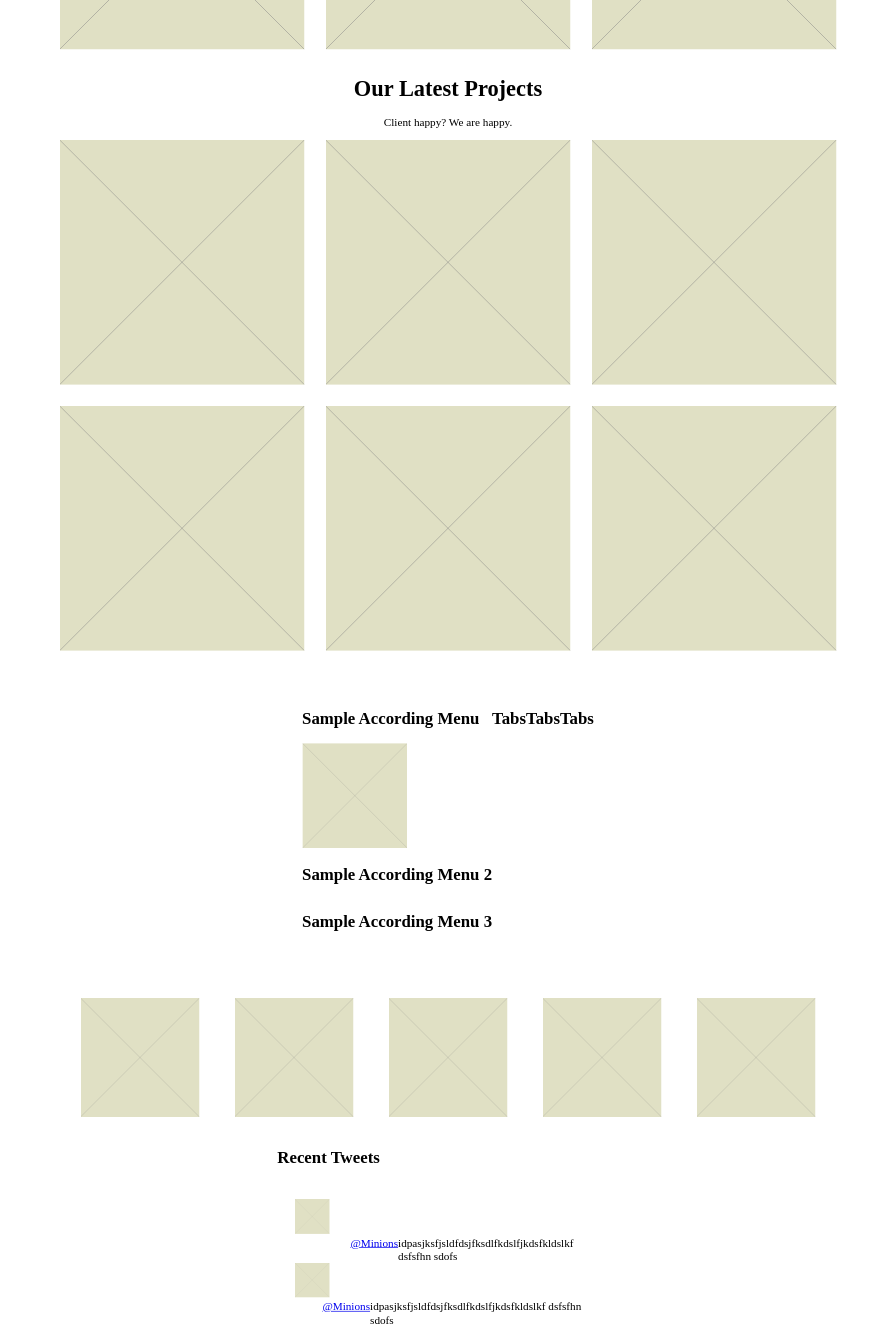
Repository: ReallyNguyen/responsive-web
Page: index.html
An editor plug-in stored every save of this project. The page is shown before and after the next save, followed by the edit.
The browser window is 1280 px wide. The pictures show the part of the page from y = 844 to 2764 px (the page is 2764 px tall before and 2686 px after), at 70% of full size.

Above is the page before, as saved 2023-01-25 21:47:13.

### index.html
<!doctype html>
<html class="no-js" lang="">

<head>
  <meta charset="utf-8">
  <title></title>
  <meta name="description" content="">
  <meta name="viewport" content="width=device-width, initial-scale=1">

  <meta property="og:title" content="">
  <meta property="og:type" content="">
  <meta property="og:url" content="">
  <meta property="og:image" content="">

  <link rel="manifest" href="site.webmanifest">
  <link rel="apple-touch-icon" href="icon.png">
  <!-- Place favicon.ico in the root directory -->

  <link rel="stylesheet" href="css/normalize.css">
  <link rel="stylesheet" href="css/main.css">

  <meta name="theme-color" content="#fafafa">
</head>

<body>
  <header>
    <div class="nav-bar">
      <h1 class="company-name" >Metrolics</h1>
      <img class="logo" src="placeholder.svg" alt="company logo" width="50" height="50">
      <img class="accordian" src="placeholder.svg" alt="accordian here" width="50" height="50">

    </div>

    <div class="introduction">
      <h1> Hey guys! This is the Metrolics theme. It sports a responsive layout with a mobile layout.</h1>
    </div>


  </header>



  <article>

    <div class="Title">
      <h1>
        Things we do
      </h1>
      <p>
        ask what we do
      </p>
    </div>

    <main>

      <div class="Contents">
        <div class="Content">
          <img src="placeholder.svg" alt="" width="50" height="50">
          <div class="Description">
            <h4 class="topic">
              Web Solution
            </h4>
            <p> ajisdjsad</p>
          </div>
        </div>

        <div class="Content">
          <img src="placeholder.svg" alt="" width="50" height="50">
          <div class="Description">
            <h4 class="topic">
              Photography
            </h4>
            <p> ajisdjsad</p>
          </div>
        </div>

        <div class="Content">
          <img src="placeholder.svg" alt="" width="50" height="50">
          <div class="Description">
            <h4 class="topic">
              Web Development
            </h4>
            <p> ajisdjsad</p>
          </div>
        </div>

        <div class="Content">
          <img src="placeholder.svg" alt="" width="50" height="50">
          <div class="Description">
            <h4 class="topic">
              Web Design
            </h4>
            <p> ajisdjsad</p>
          </div>
        </div>



      </div>

      <div class="whats_up_lately">

        <div class="Title">
          <h1>
            What's up lately?
          </h1>
          <p>
            Read up on our latest work
          </p>
        </div>

        <div class="Boxes">
          <img class="Sample" src="placeholder.svg" alt="" width="360" height="360">
          <img class="Sample" src="placeholder.svg" alt="" width="360" height="360">
          <img class="Sample" src="placeholder.svg" alt="" width="360" height="360">
        </div>
      </div>

      <div class="our_latest_projects">

        <div class="Title">
          <h1>
            Our Latest Projects
          </h1>
          <p>
            Client happy? We are happy.
          </p>
        </div>

        <div class="Boxes">
          <img class="Sample" src="placeholder.svg" alt="">
          <img class="Sample" src="placeholder.svg" alt="">
          <img class="Sample" src="placeholder.svg" alt="">
          <img class="Sample" src="placeholder.svg" alt="">
          <img class="Sample" src="placeholder.svg" alt="">
          <img class="Sample" src="placeholder.svg" alt="">
        </div>
      </div>

      <div class="Bottom">
        <div class="Menu">
          <div class="Menu1">
            <h2>Sample According Menu</h2>
            <div class="Desc-Menu1"></div>
            <img src="placeholder.svg" alt="" width="150" height="150">
          </div>
          <h2>Sample According Menu 2</h2>
          <h2>Sample According Menu 3</h2>
        </div>
        <div class="Tabs">
          <h2>Tabs</h2>
          <h2>Tabs</h2>
          <h2>Tabs</h2>
        </div>
      </div>

      <div class="Companies">
        <img class="Companies-Logo" src="placeholder.svg" alt="">
        <img class="Companies-Logo" src="placeholder.svg" alt="">
        <img class="Companies-Logo" src="placeholder.svg" alt="">
        <img class="Companies-Logo" src="placeholder.svg" alt="">
        <img class="Companies-Logo" src="placeholder.svg" alt="">
      </div>

      <div class="recent-tweets">
        <h2> Recent Tweets </h2>
        <div class="social-box">

          <div class="social-box-contents">
          <img src="placeholder.svg" alt="" width="50" height="50">
          <div class="social-text-box">
            <a href="url"> @Minions </a>
            <p> idpasjksfjsldfdsjfksdlfkdslfjkdsfkldslkf dsfsfhn sdofs </p>
        </div>



          <img src="placeholder.svg" alt="" width="50" height="50">
          <div class="social-text-box-2">
            <a href="url"> @Minions </a>
            <p> idpasjksfjsldfdsjfksdlfkdslfjkdsfkldslkf dsfsfhn sdofs </p>
          </div>
        </div>

        </div>
      </div>

    </main>



  </article>
</body>

</html>

### css/main.css
.nav-bar {
  display: flex;
  flex-direction: row;
  justify-content: center;
  margin: 50px;
}

.introduction {
  display: flex;
  justify-content: center;
}

.social-box {
  display: flex;
  justify-content: center;
  flex-direction: column;
  padding: 5%;

}

.social-text-box {
  display: flex;
  justify-content: center;
  padding-left: 80px;


}

.social-text-box-2 {
  display: flex;
  justify-content: center;
  padding-left: 40px;
}


article>div {
  margin: 15px;
}

.Title {
  display: flex;
  flex-direction: column;
  text-align: center;
  margin-top: 0;
}

main {
  display: flex;
  flex-direction: column;
  align-items: center;
}


.topic {
  margin: 0;
}

p {
  margin: 0px;
}

.Contents {
  display: flex;
  flex-direction: row;
}

.Content {
  display: flex;
  flex-direction: row;
  margin: 15px;
}

.Boxes {
  display: flex;
  display: flex;
  flex-wrap: wrap;
  justify-content: center;
}

.Sample {
  margin: 15px;
  width: 350px;
  height: 350px;
}

.Bottom {
  display: flex;
  flex-direction: row;
  margin: 50px;
}

.Menu {
  display: flex;
  flex-direction: column;
}

.Tabs {
  display: flex;
  flex-direction: row;
}

.Companies {
  display: flex;
  flex-direction: row;
}

.Companies-Logo {
  width: 170px;
  height: 170px;
  margin: 25px;
}

/* Small only */
@media screen and (max-width: 39.9375em) {
  header {
    display: flex;
    flex-direction: column;
    text-align: center;
    margin: 15px;
    font-size: 10px;
  }
}

/* Medium and up */
@media screen and (min-width: 40em) {
  h1 br {
    display: none;
  }

}

/* Medium only */
@media screen and (min-width: 40em) and (max-width: 63.9375em) {}

/* Large and up */
@media screen and (min-width: 64em) {}

/* Large only */
@media screen and (min-width: 64em) and (max-width: 74.9375em) {}

Loaded but not shown: css/normalize.css (library)

After the next save:
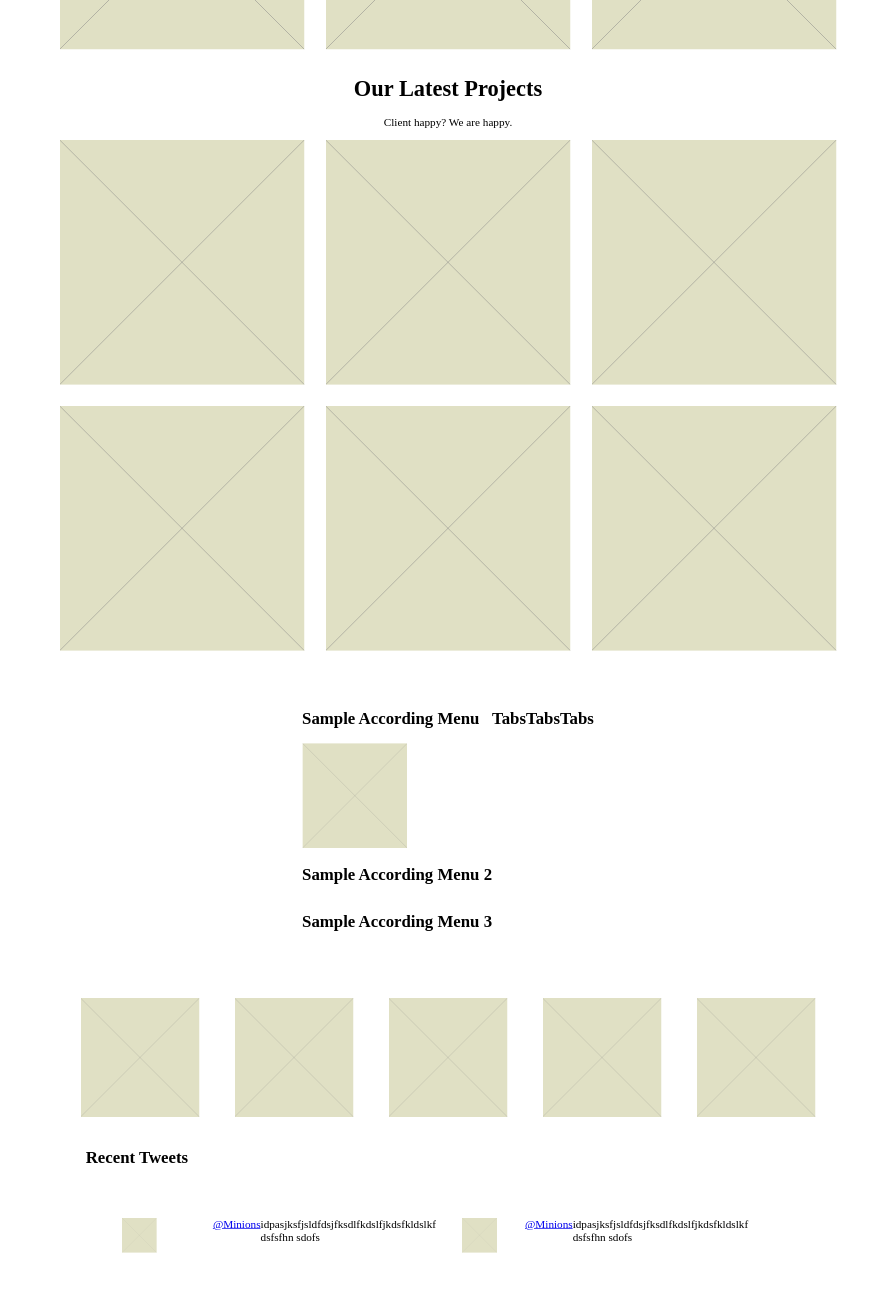
Saved 19 s later.
--- a/css/main.css
+++ b/css/main.css
@@ -30,6 +30,11 @@
   display: flex;
   justify-content: center;
   padding-left: 40px;
+}
+
+.social-box-contents {
+  display: flex;
+  flex-direction: row;
 }
 
 
